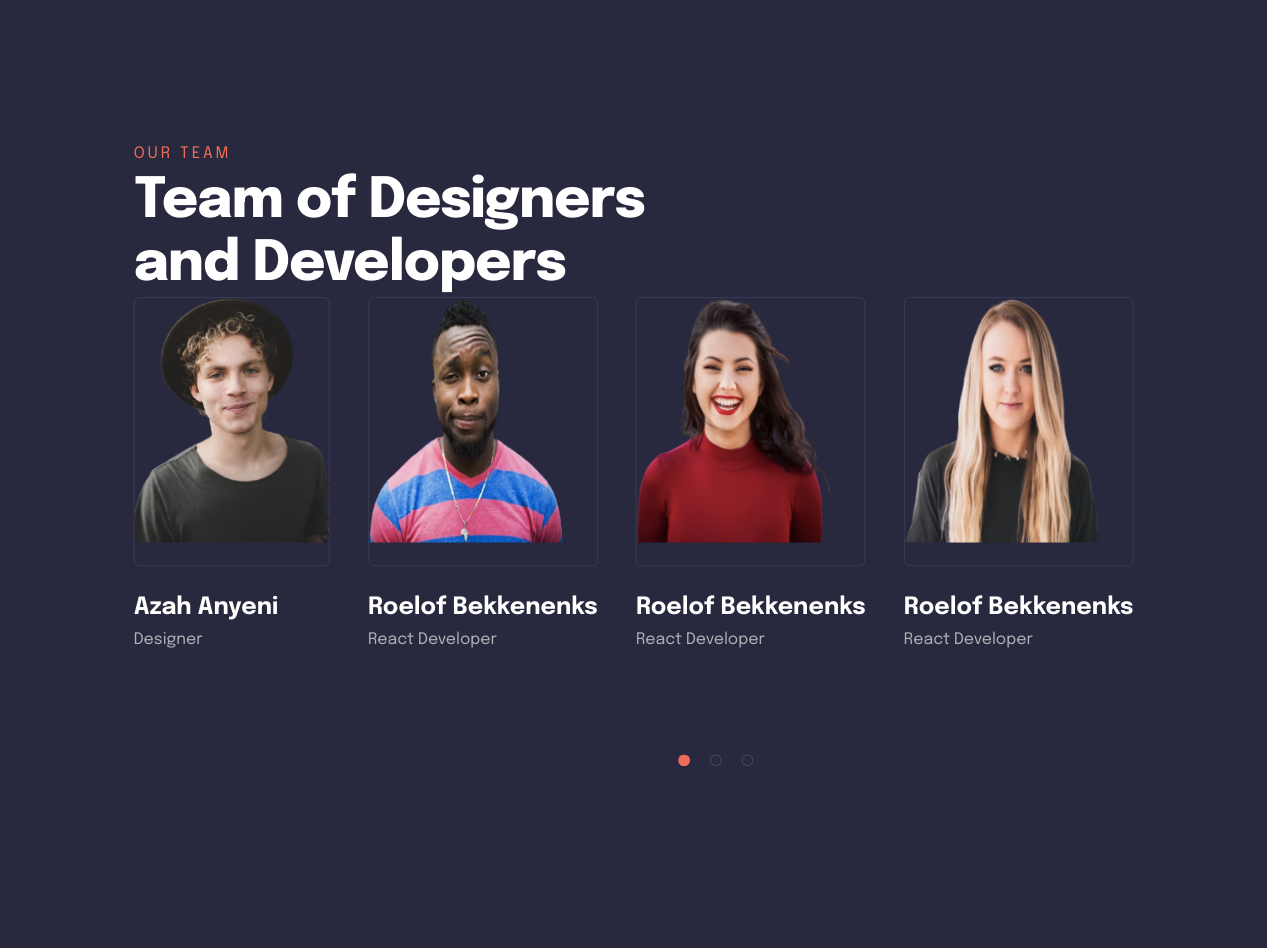
Repository: HeybetzadeQedim/task-6
Page: TEAM/index.html
These files come from the project's save history. The page is drawn as it stood at one moment and after the next save; the edit follows.
The browser window is 1280 px wide. The pictures show the whole page, at 99% of full size.

Above is the page before, as saved 2023-10-30 16:19:21.

After the next save:
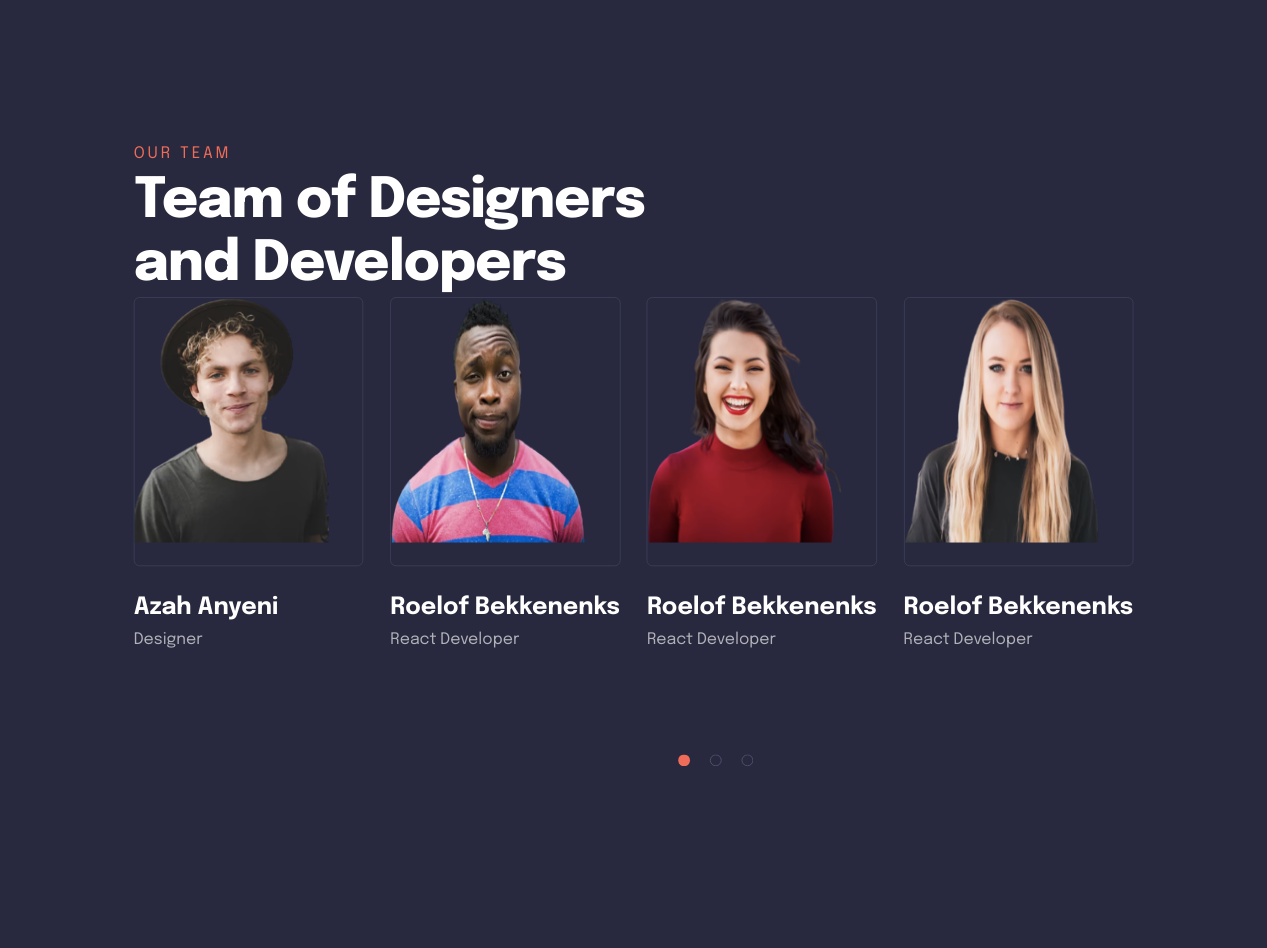
Saved 6 s later.
--- a/TEAM/index.css
+++ b/TEAM/index.css
@@ -48,9 +48,9 @@
   width: 196px;
   height: 247px;
 } */
-/* .box-1{
+.box-1{
   width: 23%;
-} */
+}
 .box-1 h4 {
   margin-top: 26px;
   color: var(--Text_Light, #fff);
